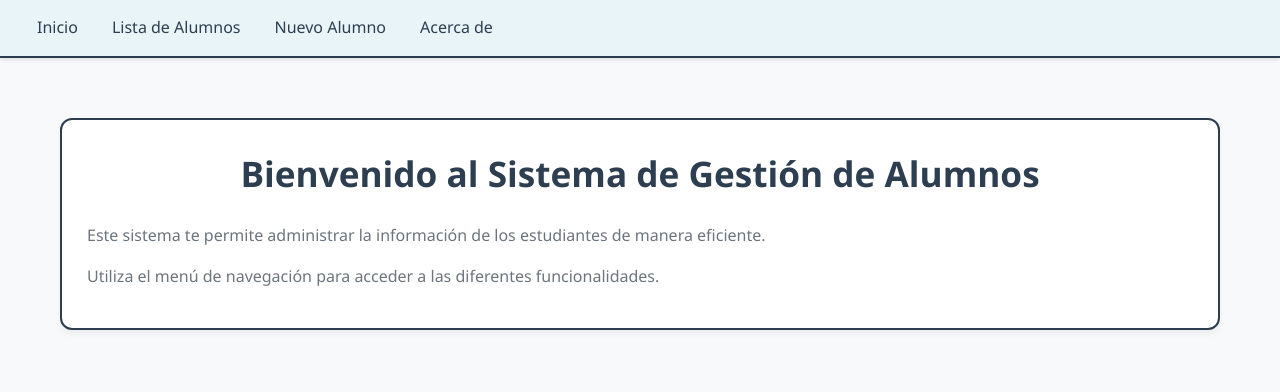
Repository: EduardTr48/pv_tp5_grupo4
Page: /
These files come from the project's save history. The page is drawn as it stood at one moment and after the next save; the edit follows.
The browser window is 1280 px wide. The pictures show the whole page.
The project was rebuilt for these pictures with package versions that can differ from the ones it lists, and the page was loaded fresh each time. Also part of the build but not shown: vite.config.js.

Above is the page before, as saved 2025-06-05 23:15:03.

After the next save:
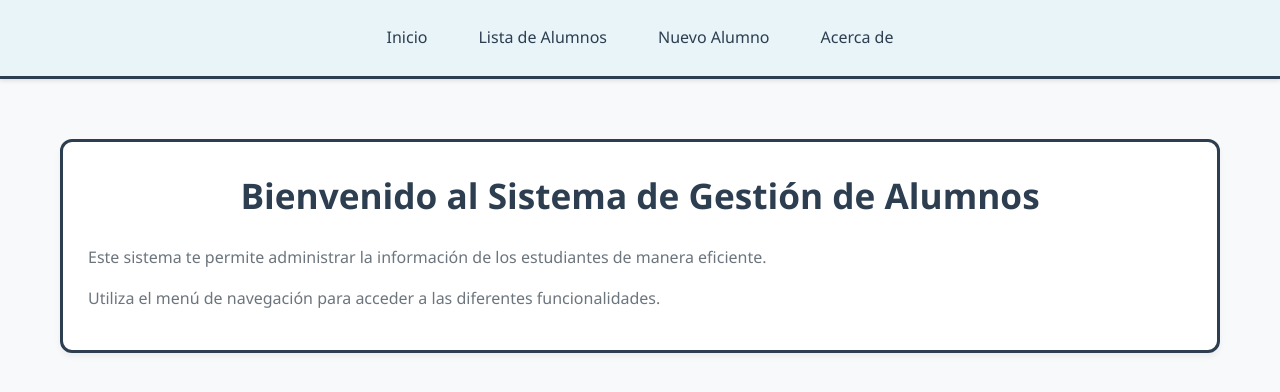
Saved 5 s later.
--- a/src/index.css
+++ b/src/index.css
@@ -39,9 +39,12 @@ body {
 /* Navegación */
 nav {
   background-color: var(--color-secondary);
-  border-bottom: 2px solid var(--color-border);
+  border-bottom: 3px solid var(--color-border);
   padding: 15px 20px;
   box-shadow: 0 2px 4px rgba(0,0,0,0.1);
+  display: flex;
+  justify-content: center;
+  gap: 15px;
 }
 
 nav a {
@@ -49,7 +52,7 @@ nav a {
   text-decoration: none;
   padding: 8px 16px;
   border-radius: 6px;
-  border: 1px solid transparent;
+  border: 2px solid transparent;
   transition: all 0.3s ease;
   font-weight: 500;
 }
@@ -92,7 +95,7 @@ p {
 /* Contenedores con bordes */
 .card {
   background-color: white;
-  border: 2px solid var(--color-border);
+  border: 3px solid var(--color-border);
   border-radius: 12px;
   padding: 25px;
   margin: 20px 0;
@@ -103,7 +106,7 @@ p {
 button {
   background-color: var(--color-secondary);
   color: var(--color-text);
-  border: 2px solid var(--color-border);
+  border: 3px solid var(--color-border);
   padding: 10px 20px;
   border-radius: 8px;
   cursor: pointer;
@@ -119,7 +122,7 @@ button:hover {
 
 /* Inputs */
 input, select, textarea {
-  border: 2px solid var(--color-border);
+  border: 3px solid var(--color-border);
   border-radius: 6px;
   padding: 10px;
   font-size: 16px;
